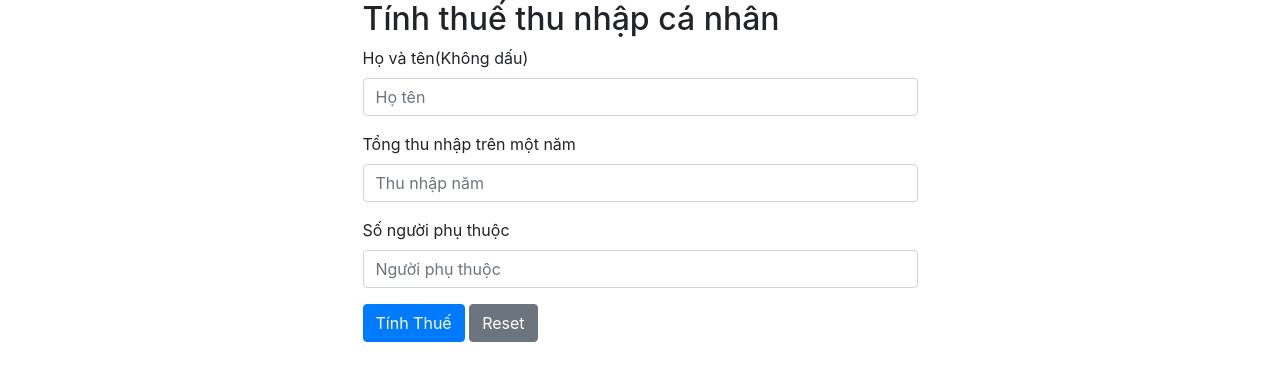
Repository: dovanthao2404/BC14_BaiTap_JS_Buoi_5_dovanthao
Page: html/bai3.html
An editor plug-in stored every save of this project. The page is shown before and after the next save, followed by the edit.
The browser window is 1280 px wide. The pictures show the whole page.

Above is the page before, as saved 2021-07-06 23:33:41.

After the next save:
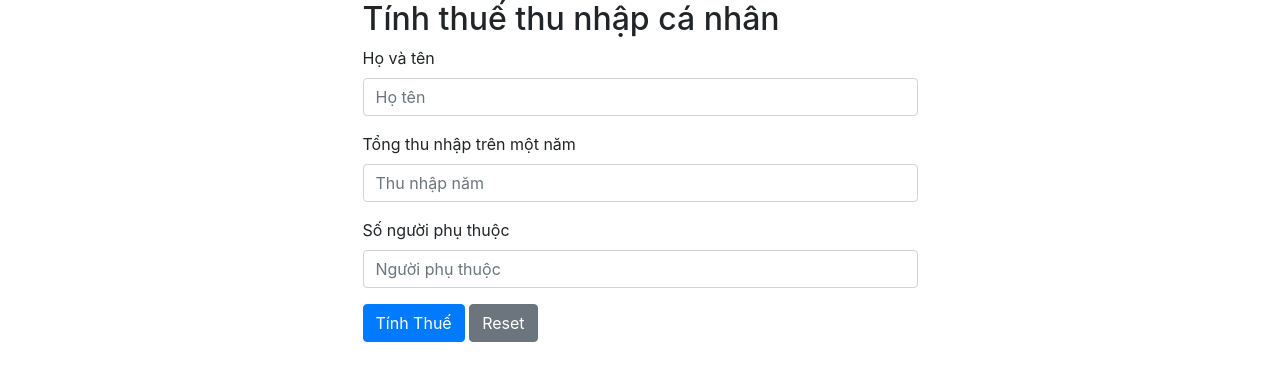
Saved 65 s later.
--- a/html/bai3.html
+++ b/html/bai3.html
@@ -19,7 +19,7 @@
       <form class="w-50 mx-auto">
         <h2>Tính thuế thu nhập cá nhân</h2>
         <div class="form-group">
-          <label for="fullName">Họ và tên(Không dấu)</label>
+          <label for="fullName">Họ và tên</label>
           <input class="form-control" id="fullName" type="text" placeholder="Họ tên">
           <span class="text-danger" id="notifiName"></span>
         </div>
